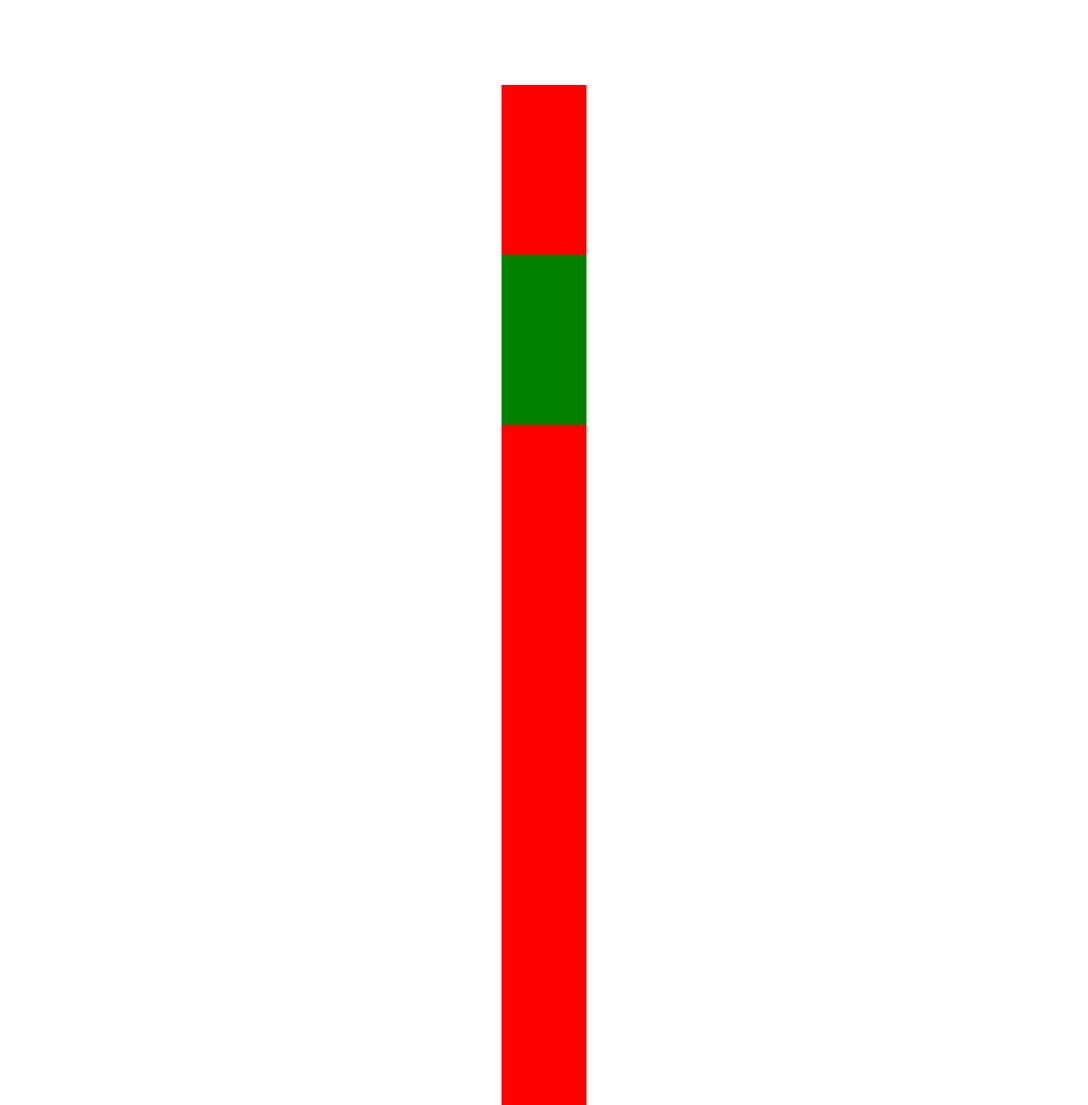
Repository: fangYiYuan/javascript-
Page: translate.html
The author's editor kept a copy of each file at every save. The page is drawn from the files as they stood at one save, then again after the next save.
The browser window is 1280 px wide. The pictures show the whole page, at 85% of full size.

Above is the page before, as saved 2020-04-16 14:46:07.

After the next save:
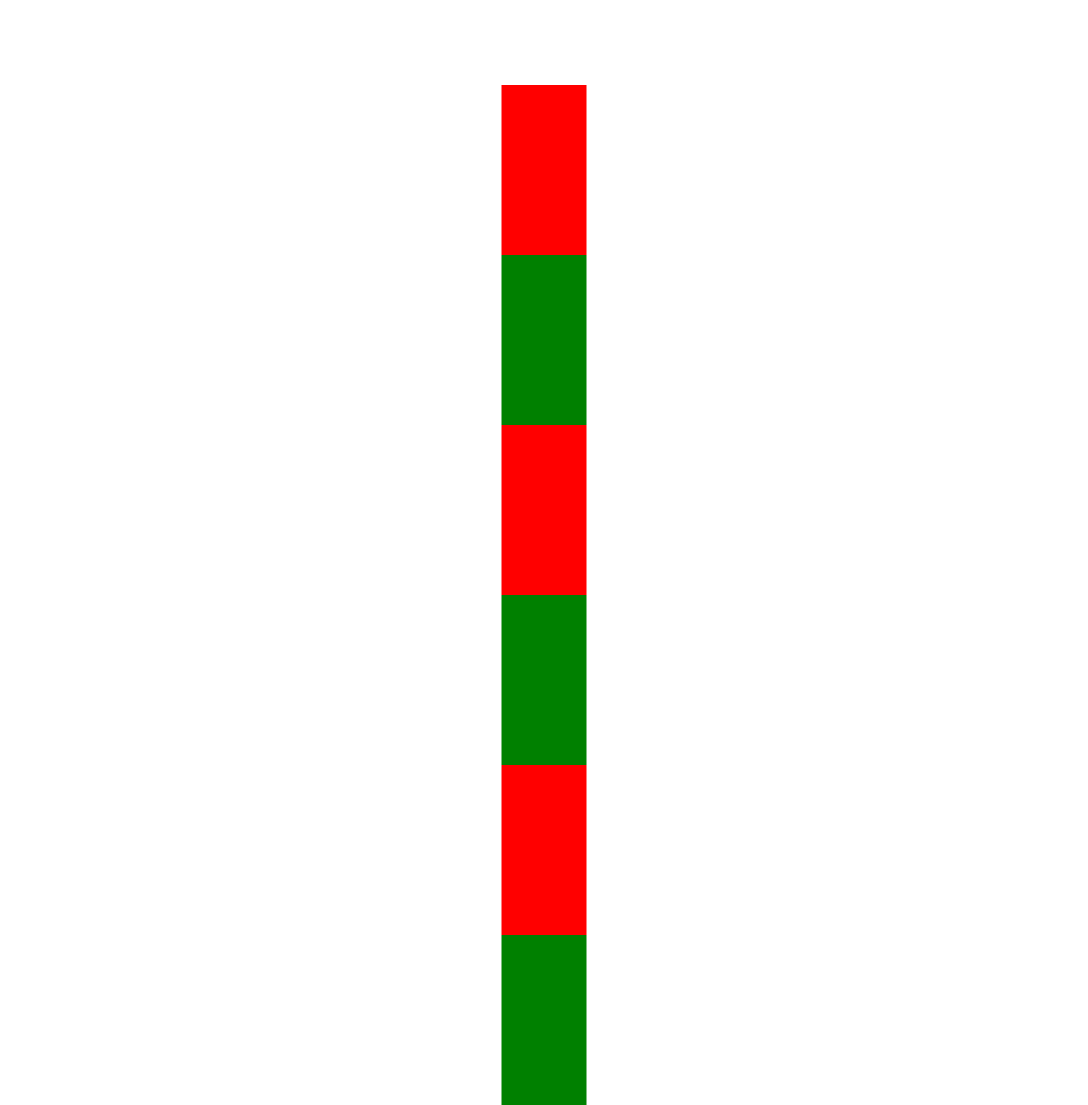
Saved 4 s later.
--- a/translate.html
+++ b/translate.html
@@ -29,7 +29,7 @@
   .divbox div:nth-of-type(1):active {
     transform: rotate(60);
   }
-  .divbox div:nth-child(2) {
+  .divbox div:nth-child(even) {
     background: green !important;
   }
   .divbox div:nth-of-type(2):active {
